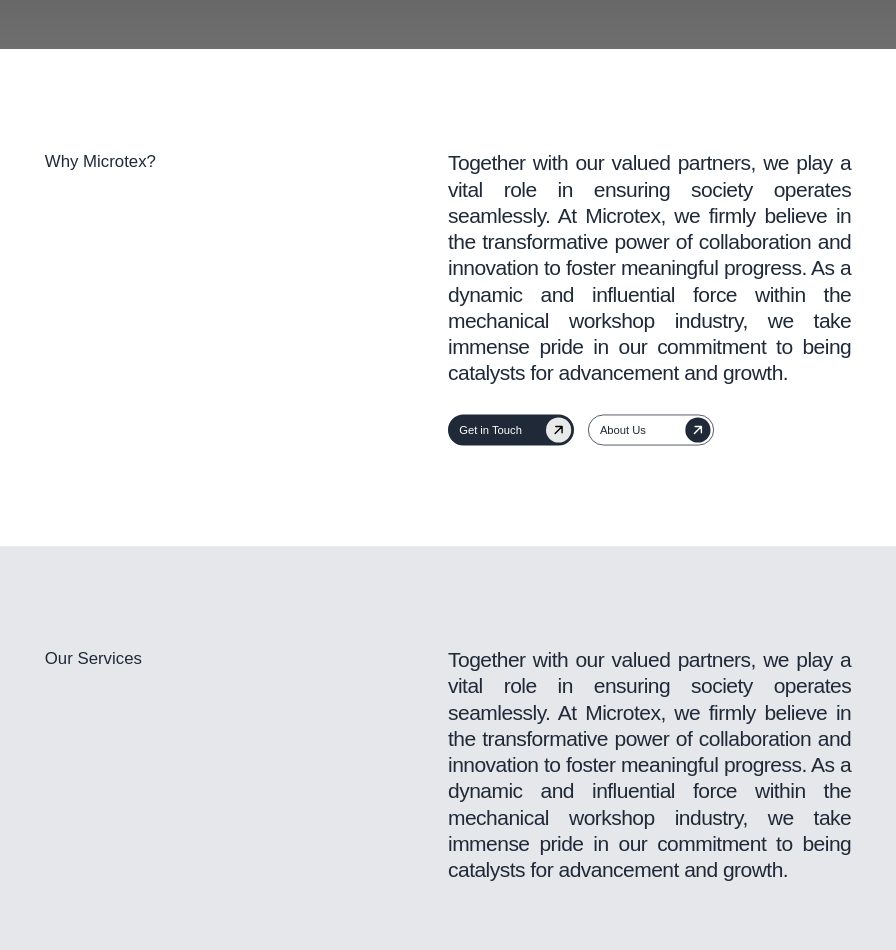
Repository: vespersolutionspk18/microtexwebsite
Page: /
The author's editor kept a copy of each file at every save. The page is drawn from the files as they stood at one save, then again after the next save.
The browser window is 1280 px wide. The pictures show the part of the page from y = 736 to 2656 px (the page is 2093 px tall before and 2656 px after), at 70% of full size.
Pictures or frames that could not be fetched are drawn as grey boxes. Some web fonts or font styles are not loaded; a fallback is used. The project was rebuilt for these pictures with package versions that can differ from the ones it lists, and the page was loaded fresh each time. The framework's server and built-in components were replaced by stand-ins that run in the browser. Also part of the build but not shown: next.config.mjs.

Above is the page before, as saved 2024-11-18 21:17:20.

After the next save:
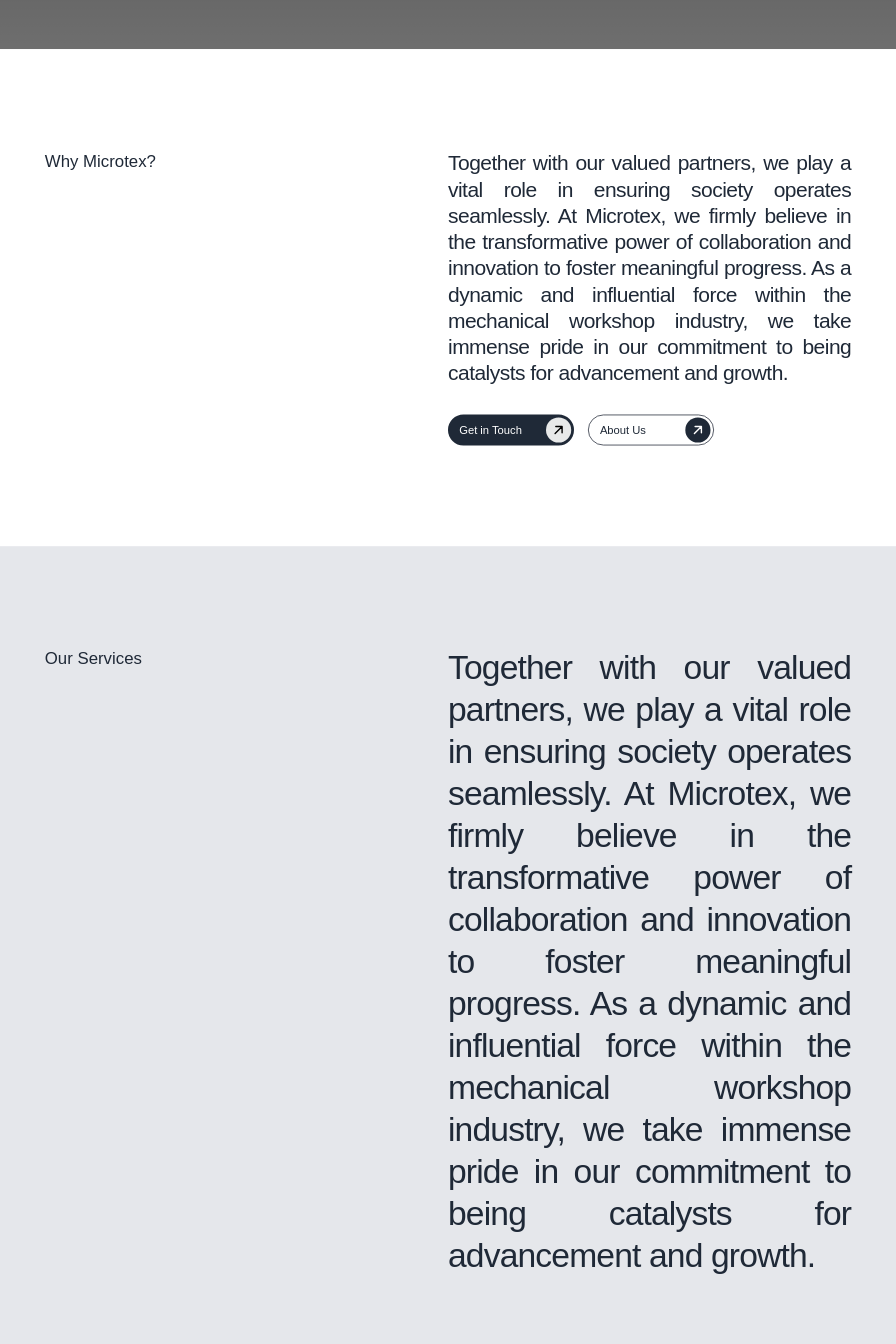
Saved 7 s later.
--- a/app/OurServices.tsx
+++ b/app/OurServices.tsx
@@ -8,7 +8,7 @@ const OurServices = () => {
             <h3 className="text-gray-800 font-light text-2xl">Our Services</h3>
         </div>
         <div className="md:w-[50%] pt-20 flex flex-col gap-10">
-            <h3 className="text-gray-800 font-light text-justify text-3xl tracking-tight leading-tight">Together with our valued partners, we play a vital role in ensuring society operates seamlessly. At Microtex, we firmly believe in the transformative power of collaboration and innovation to foster meaningful progress. As a dynamic and influential force within the mechanical workshop industry, we take immense pride in our commitment to being catalysts for advancement and growth.</h3>
+            <h3 className="text-gray-800 font-light text-justify text-5xl tracking-tight leading-tight">Together with our valued partners, we play a vital role in ensuring society operates seamlessly. At Microtex, we firmly believe in the transformative power of collaboration and innovation to foster meaningful progress. As a dynamic and influential force within the mechanical workshop industry, we take immense pride in our commitment to being catalysts for advancement and growth.</h3>
 
         </div>
     </div>
